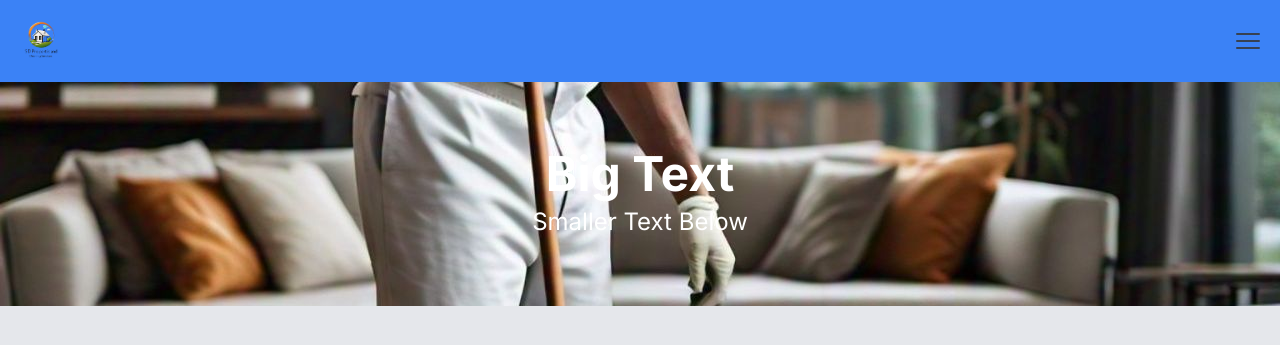
Repository: devmskhan/sdpropandclean
Page: /
These files come from the project's save history. The page is drawn as it stood at one moment and after a run of saves; the edit follows.
The browser window is 1280 px wide. The pictures show the whole page.
The project was rebuilt for these pictures with package versions that can differ from the ones it lists, and the page was loaded fresh each time. The framework's server and built-in components were replaced by stand-ins that run in the browser. Also part of the build but not shown: next.config.mjs.

Above is the page before, as saved 2024-09-02 14:22:20.

After the next 2 saves:
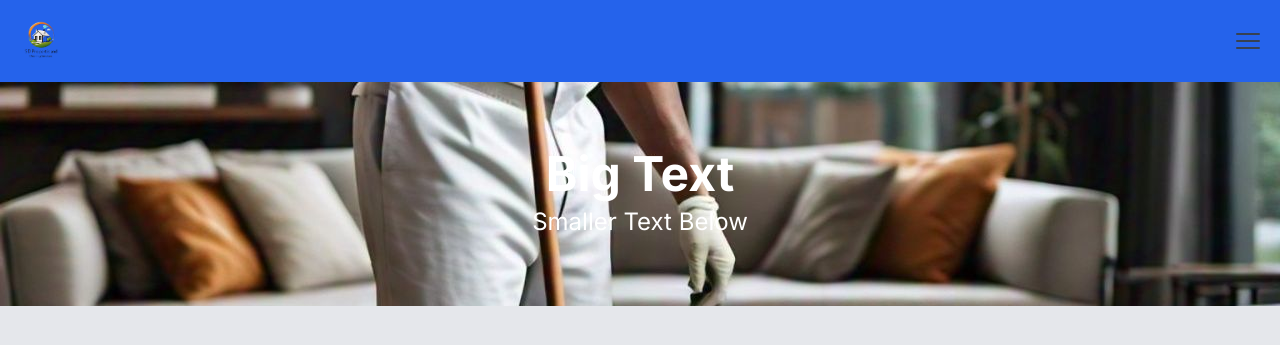
The 2 saves are shown as one change because they came seconds apart.
The last was saved 13 s later.
--- a/components/Header.tsx
+++ b/components/Header.tsx
@@ -4,7 +4,7 @@ import { Bars3Icon } from '@heroicons/react/24/solid'
 
 function Header() {
     return (
-        <header className="flex justify-between items-center p-4 bg-blue-500 shadow-md">
+        <header className="flex justify-between items-center p-4 bg-blue-600 shadow-md">
       {/* Logo on the top left */}
       <div className="flex items-center">
         <Image
